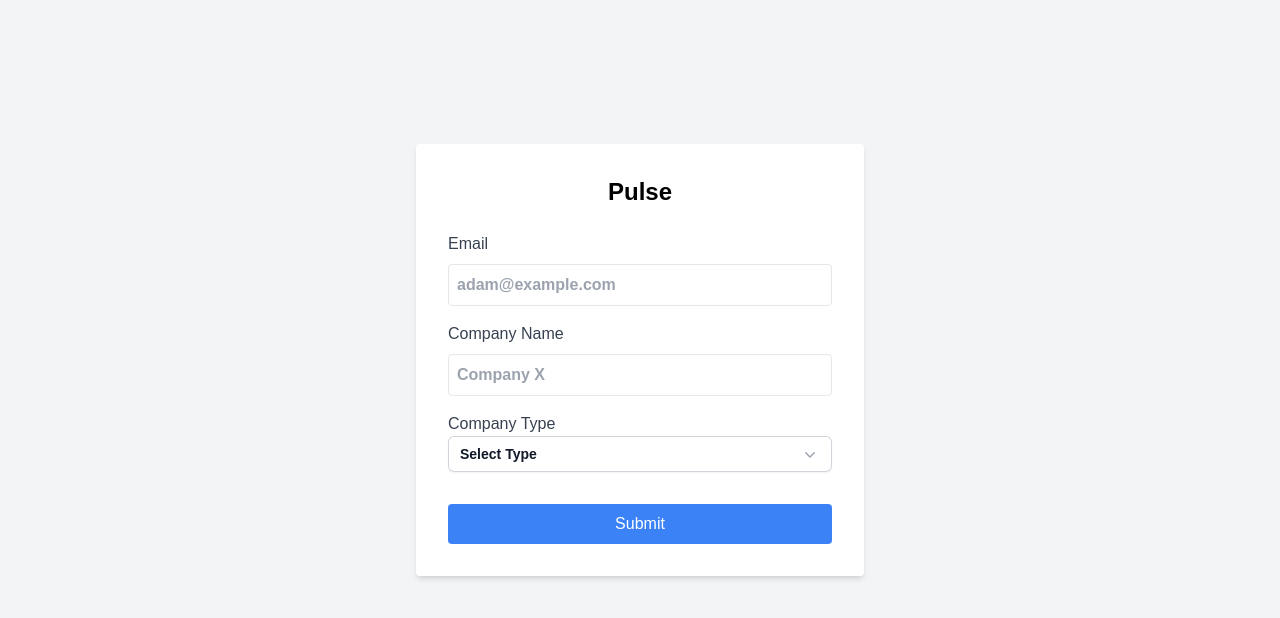
Repository: e-ndorfin/newhacks-2024
Page: / (app in pulse_site/)
An editor plug-in stored every save of this project. The page is shown before and after the next save, followed by the edit.
The browser window is 1280 px wide. The pictures show the whole page.
The project was rebuilt for these pictures with package versions that can differ from the ones it lists, and the page was loaded fresh each time. The framework's server and built-in components were replaced by stand-ins that run in the browser. Also part of the build but not shown: pulse_site/next.config.mjs.

Above is the page before, as saved 2024-10-26 20:07:13.

### pulse_site/app/page.js
"use client"; // Enables client-side features like hooks

import { useState } from 'react';

export default function Home() {
  const [email, setEmail] = useState('');
  const [companyName, setCompanyName] = useState('');
  const [companyType, setCompanyType] = useState('');
  const [isOpen, setIsOpen] = useState(false);

  const handleSubmit = (e) => {
    e.preventDefault();
    // Handle the form submission, e.g., send data to API or log it
    console.log({ email, companyName, companyType });
  };

  const handleSelectType = (type) => {
    setCompanyType(type);
    setIsOpen(false); // Close dropdown after selection
  };

  return (
    <div className="flex justify-center items-center h-screen bg-gray-100">
      <form
        onSubmit={handleSubmit}
        className="bg-white p-8 rounded shadow-md w-full max-w-md"
      >
        <h2 className="text-2xl font-bold mb-6 text-center text-black">Pulse</h2>

        <div className="mb-4">
          <label className="block text-gray-700">Email</label>
          <input
            type="email"
            placeholder="adam@example.com"
            value={email}
            onChange={(e) => setEmail(e.target.value)}
            className="mt-2 p-2 w-full border rounded font-semibold text-black"
            required
          />
        </div>

        <div className="mb-4">
          <label className="block text-gray-700">Company Name</label>
          <input
            type="text"
            placeholder="Company X"
            value={companyName}
            onChange={(e) => setCompanyName(e.target.value)}
            className="mt-2 p-2 w-full border rounded font-semibold text-black"
            required
          />
        </div>

        <div className="mb-4">
          <label className="block text-gray-700">Company Type</label>

          <div className="relative">
            <button
              type="button"
              className="flex w-full items-center rounded-md bg-white px-3 py-2 text-sm font-semibold text-gray-900 shadow-sm ring-1 ring-inset ring-gray-300 hover:bg-gray-50"
              id="menu-button"
              aria-expanded={isOpen}
              aria-haspopup="true"
              onClick={() => setIsOpen((prev) => !prev)} // Toggle dropdown
            >
              <span className="flex-grow text-left">{companyType || "Select Type"}</span>
              <svg
                className="h-5 w-5 text-gray-400"
                viewBox="0 0 20 20"
                fill="currentColor"
                aria-hidden="true"
              >
                <path
                  fillRule="evenodd"
                  d="M5.22 8.22a.75.75 0 0 1 1.06 0L10 11.94l3.72-3.72a.75.75 0 1 1 1.06 1.06l-4.25 4.25a.75.75 0 0 1-1.06 0L5.22 9.28a.75.75 0 0 1 0-1.06Z"
                  clipRule="evenodd"
                />
              </svg>
            </button>



            {isOpen && (
              <div className="absolute left-0 z-10 mt-2 w-56 origin-top-left divide-y divide-gray-100 rounded-md bg-white shadow-lg ring-1 ring-black ring-opacity-5 focus:outline-none"
              role="menu" aria-orientation="vertical" aria-labelledby="menu-button">
                <div className="py-1" role="none">
                  <button onClick={() => handleSelectType('vendor')} className="block px-4 py-2 text-sm text-gray-700 w-full text-left" role="menuitem">
                    Vendor
                  </button>
                  <button onClick={() => handleSelectType('seller')} className="block px-4 py-2 text-sm text-gray-700 w-full text-left" role="menuitem">
                    Seller
                  </button>
                </div>
              </div>
            )}
          </div>
        </div>



        <button
          type="submit"
          className="w-full bg-blue-500 text-white p-2 rounded mt-4 hover:bg-blue-600"
        >
          Submit
        </button>
      </form>
    </div>
  );
}

Loaded but not shown: pulse_site/app/layout.js (common file); pulse_site/app/globals.css (common file); pulse_site/tailwind.config.js (common file)

After the next save:
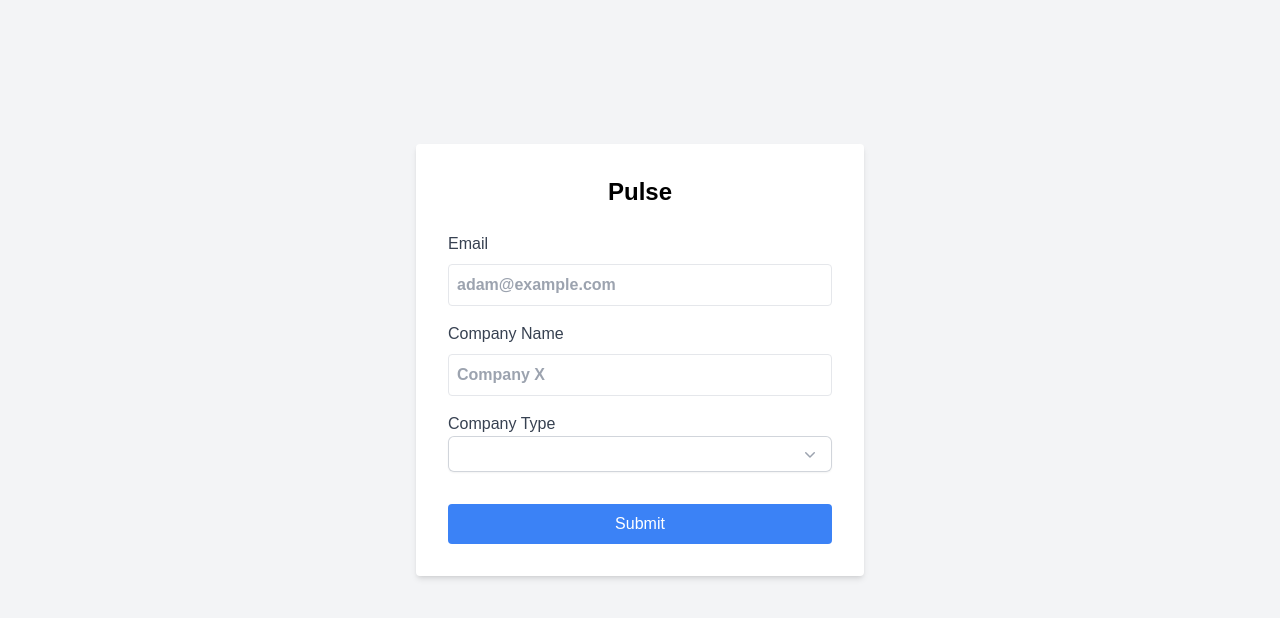
Saved 11 s later.
--- a/pulse_site/app/page.js
+++ b/pulse_site/app/page.js
@@ -63,7 +63,7 @@ export default function Home() {
               aria-haspopup="true"
               onClick={() => setIsOpen((prev) => !prev)} // Toggle dropdown
             >
-              <span className="flex-grow text-left">{companyType || "Select Type"}</span>
+              <span className="flex-grow text-left">{companyType || ""}</span>
               <svg
                 className="h-5 w-5 text-gray-400"
                 viewBox="0 0 20 20"
